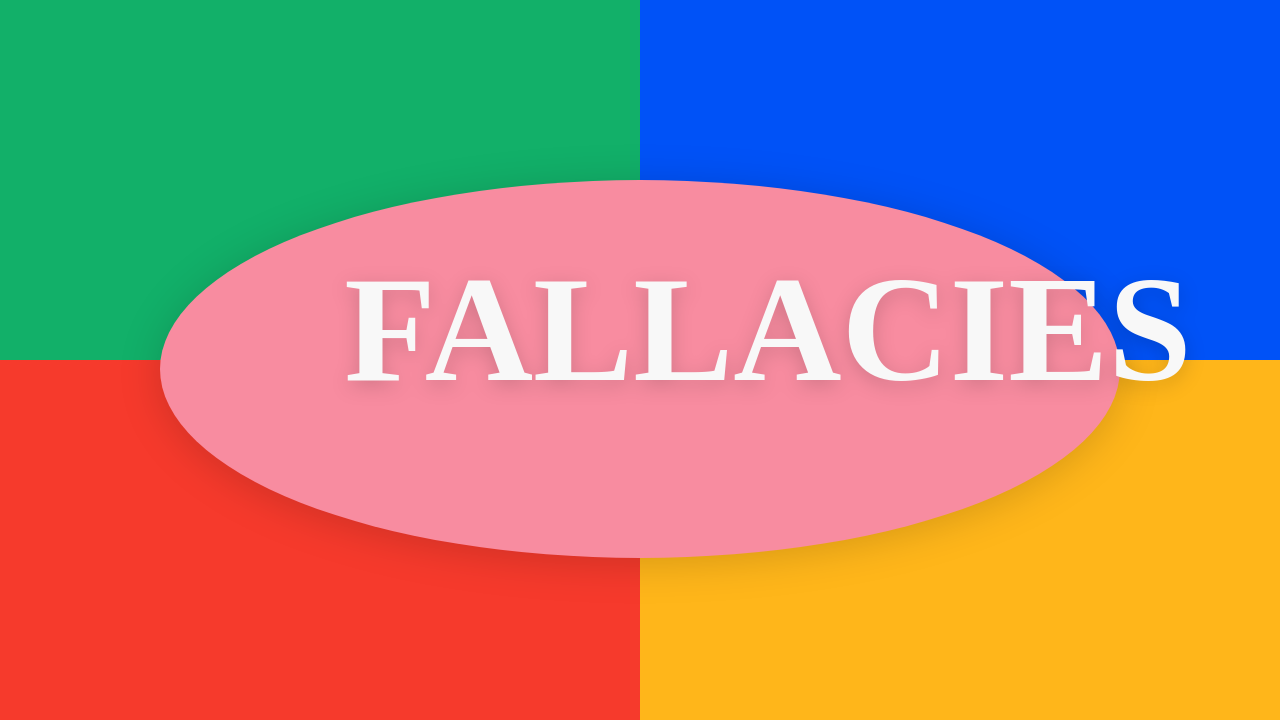
Repository: yafugray/fallacies
Page: project/Midterm project/index.html
An editor plug-in stored every save of this project. The page is shown before and after a run of saves, followed by the edit.
The browser window is 1280 px wide. The pictures show the whole page.

Above is the page before, as saved 2020-03-12 14:56:36.

After the next 2 saves:
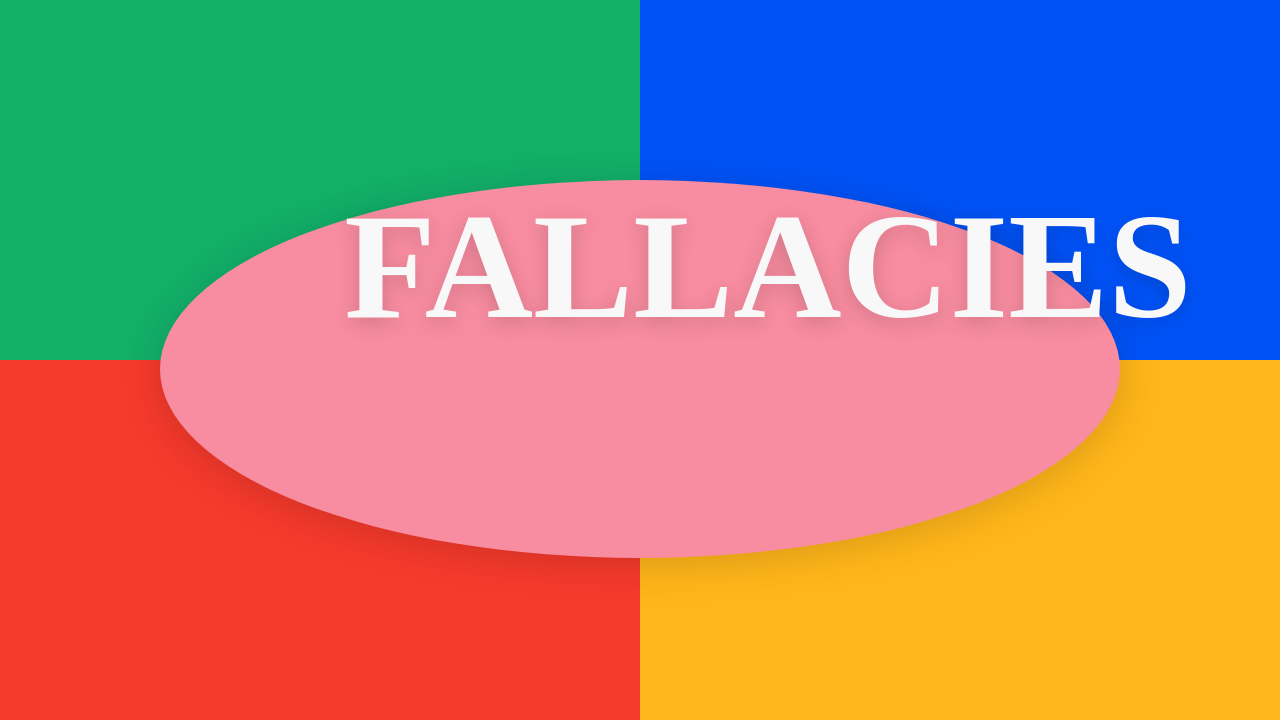
The 2 saves are shown as one change because they came seconds apart.
The last was saved 18 s later.
--- a/project/Midterm project/app.css
+++ b/project/Midterm project/app.css
@@ -90,9 +90,7 @@
 #fallacies {
     filter: drop-shadow(0px 5px 10px rgba(0, 0, 0, 0.161));
     position: absolute;
-    left: 0;
-    right:0;
-    top: 25%;
+    align-items: center;
     overflow: visible;
     width: 100%;
     white-space: nowrap;
